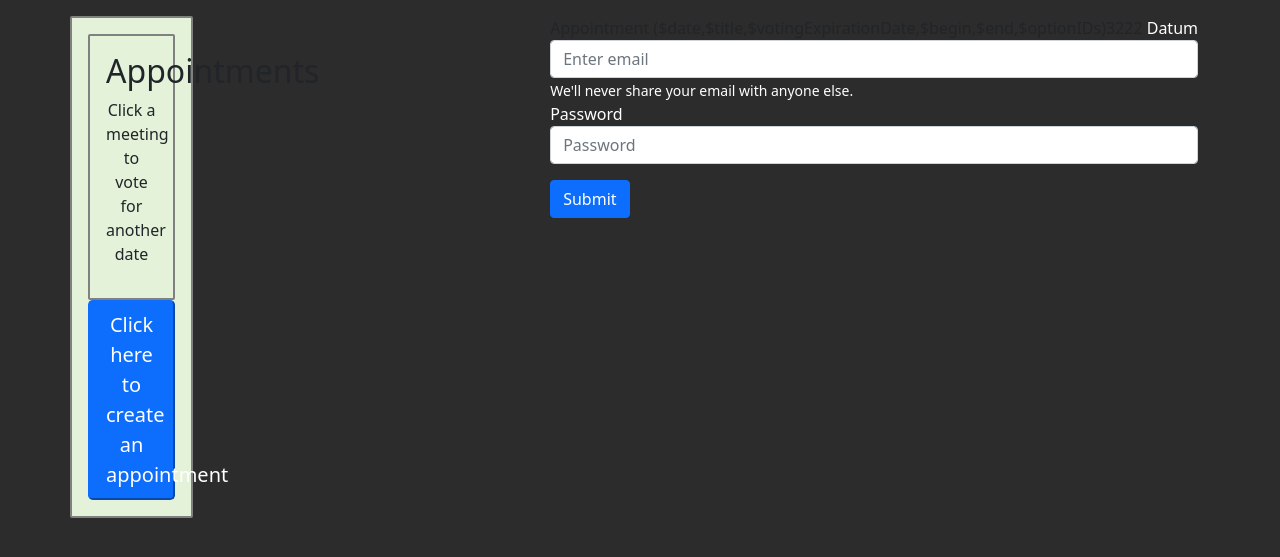
Repository: wlichon/Semesterprojekt
Page: index.html
The author's editor kept a copy of each file at every save. The page is drawn from the files as they stood at one save, then again after the next save.
The browser window is 1280 px wide. The pictures show the whole page.
The page's requests for data from a server got no answer. Some web libraries are served in a nearby version.

Above is the page before, as saved 2022-04-22 20:44:28.

After the next save:
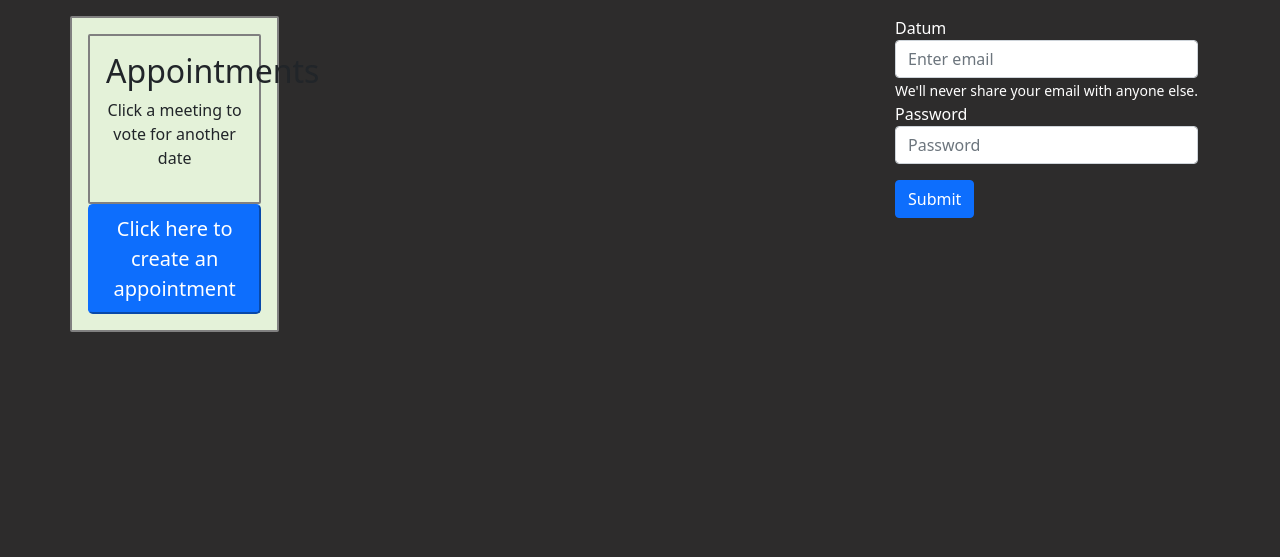
Saved 14 s later.
--- a/index.html
+++ b/index.html
@@ -81,7 +81,7 @@
         </div>
         <form id = "createappointmentform">
             <div class="form-group">
-                Appointment ($date,$title,$votingExpirationDate,$begin,$end,$optionIDs)3222
+                <!-- Appointment ($date,$title,$votingExpirationDate,$begin,$end,$optionIDs)3222 -->
               <label for="exampleInputEmail1" class ="text-white">Datum</label>
               <input type="email" class="form-control" id="exampleInputEmail1" aria-describedby="emailHelp" placeholder="Enter email">
               <small id="emailHelp" class="form-text text-white">We'll never share your email with anyone else.</small>
